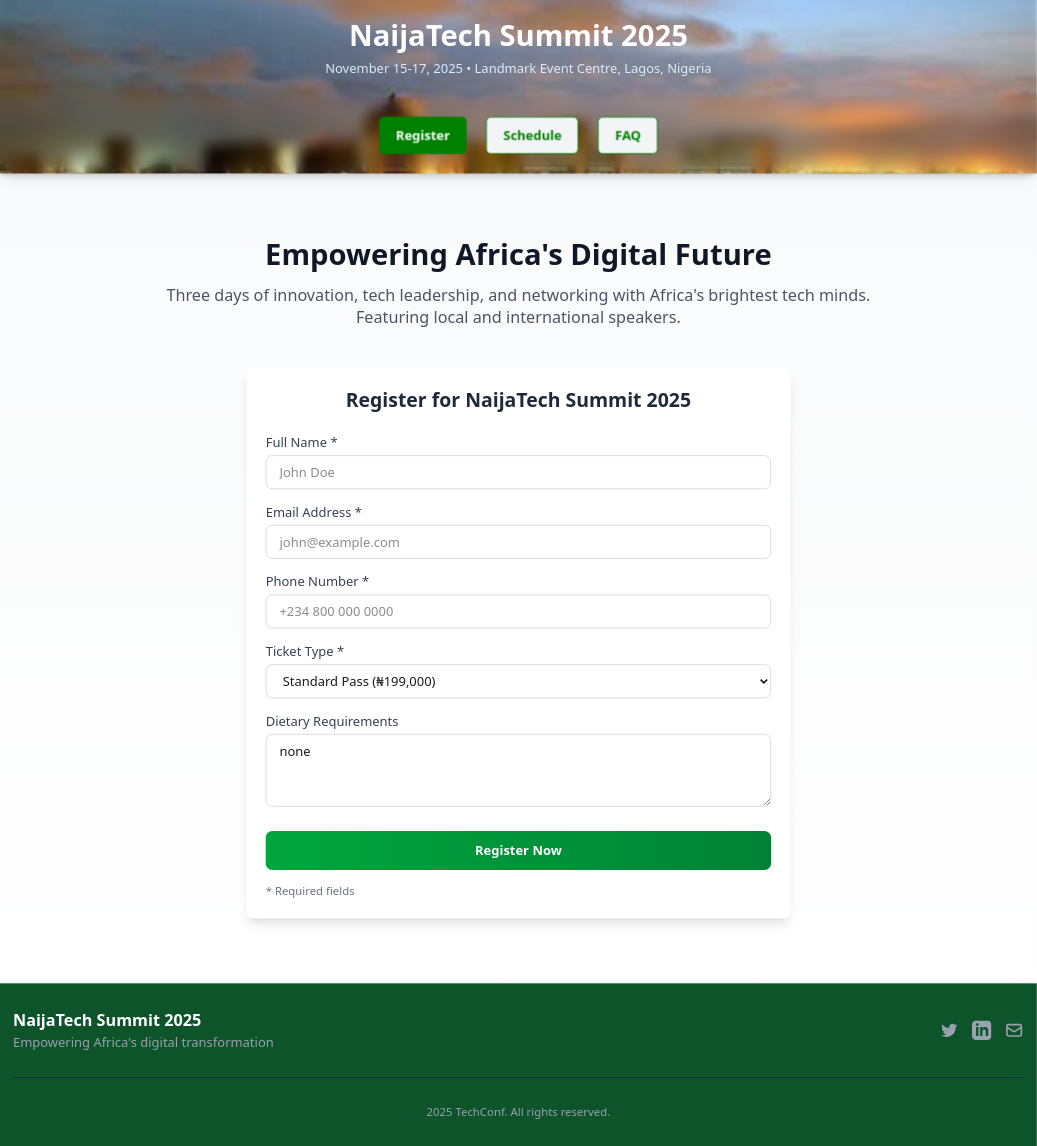
Repository: AYANO-EMMANUEL/fictional-tech-conf-event
Page: /
The author's editor kept a copy of each file at every save. The page is drawn from the files as they stood at one save, then again after the next save.
The browser window is 1280 px wide. The pictures show the whole page, at 81% of full size.
The project was rebuilt for these pictures with package versions that can differ from the ones it lists, and the page was loaded fresh each time. Also part of the build but not shown: vite.config.ts, src/components/Schedule/Schedule.tsx, src/components/FAQ/FAQ.tsx.

Above is the page before, as saved 2025-08-06 14:17:29.

After the next save:
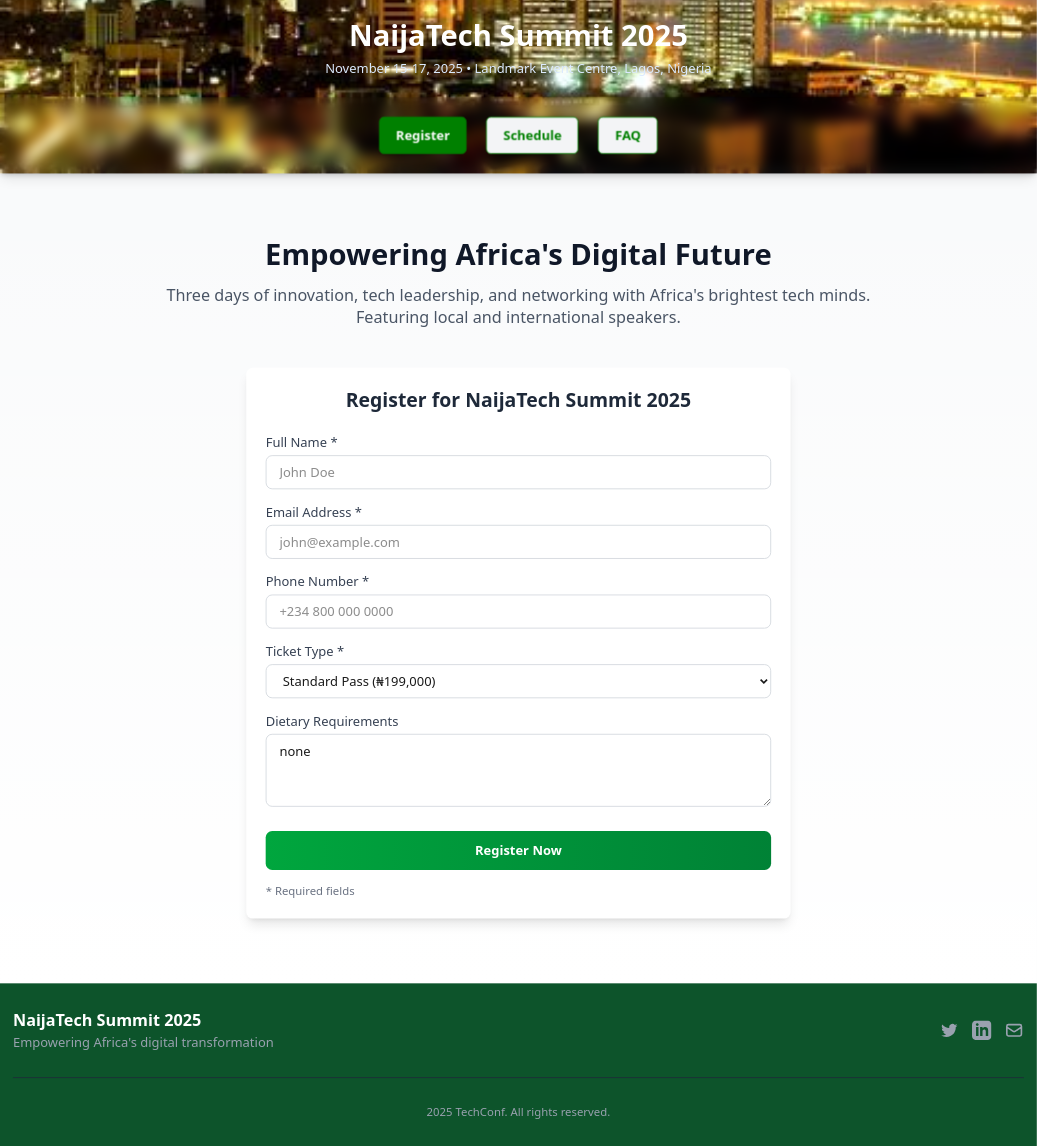
Saved 19 s later.
--- a/src/App.tsx
+++ b/src/App.tsx
@@ -2,7 +2,7 @@ import { useState } from 'react';
 import { RegistrationForm } from './components/Form/RegistrationForm';
 import Schedule from './components/Schedule/Schedule';
 import FAQ from './components/FAQ/FAQ';
-import Hero from '../src/assets/tnigeria-bg.jpeg';
+// import Hero from '../src/assets/tnigeria-bg.jpeg';
 
 function App() {
   const [activeSection, setActiveSection] = useState<'register' | 'schedule' | 'faq'>('register');
@@ -10,7 +10,7 @@ function App() {
   return (
     <div className="min-h-screen bg-gray-50">
       {/* Header */}
-      <header className="bg-gradient-to-r text-center from-green-500 to-green-700 bg-cover bg-center bg-[url('../src/assets/tnigeria-bg.jpeg')] text-white shadow-lg">
+      <header className="bg-gradient-to-r text-center from-green-500 to-green-700 bg-cover bg-bottom bg-[url('../src/assets/tnigeria-bg.jpeg')] text-white shadow-lg">
         <div className="container mx-auto px-4 py-6">
           <h1 className="text-3xl md:text-4xl font-bold mb-2">NaijaTech Summit 2025</h1>
           <p className="text-blue-100">November 15-17, 2025 • Landmark Event Centre, Lagos, Nigeria</p>
